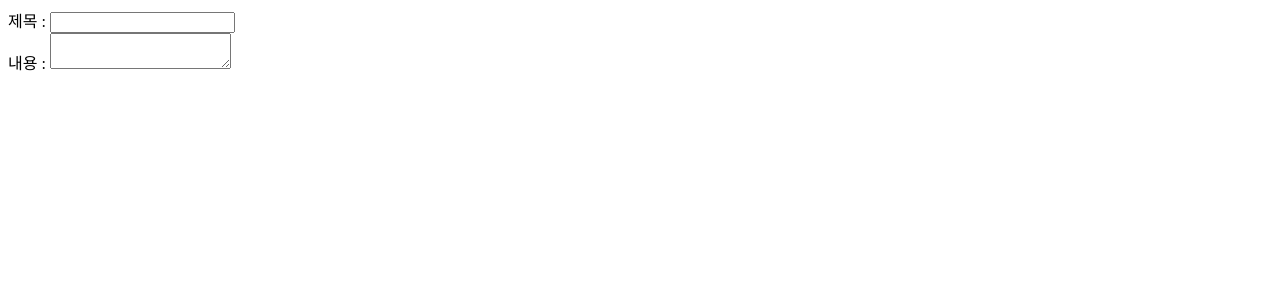
Repository: Jason-TG/workspace
Page: JSP_Project/src/main/webapp/WEB-INF/jsp0708/reg.html
An editor plug-in stored every save of this project. The page is shown before and after the next save, followed by the edit.
The browser window is 1280 px wide. The pictures show the whole page.

Above is the page before, as saved 2021-07-09 01:44:41.

After the next save:
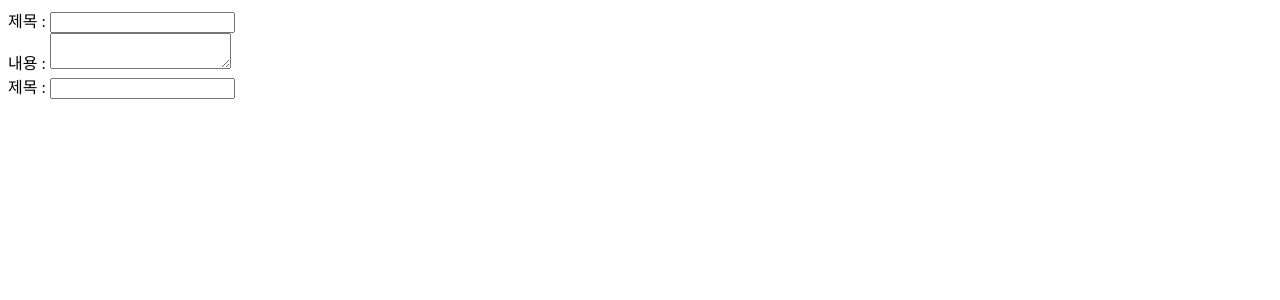
Saved 43 s later.
--- a/JSP_Project/src/main/webapp/WEB-INF/jsp0708/reg.html
+++ b/JSP_Project/src/main/webapp/WEB-INF/jsp0708/reg.html
@@ -8,18 +8,26 @@
 </head>
 <body>
 	<div>
+
 		<form action="notice-reg">
+
 			<!-- url이 "/hi"로 매핑된 페이지로 요청 전달 -->
 			<!-- 기본 요청은 get. get 요청은 쿼리를 url 뒤에 전달하고 post 요청은 헤더에 담아서 전달한다.  -->
 			<div>
 				<label>제목 : </label> <input name="title" type="text">
 			</div>
+
 			<div>
-				<label>내용 : </label> <textarea name="content"></textarea>
+				<label>내용 : </label>
+				<textarea name="content"></textarea>
+			</div>
 
+			<div>
+				<label>제목 : </label> <input name="title" type="text">
 			</div>
 
 		</form>
+
 	</div>
 
 </body>
